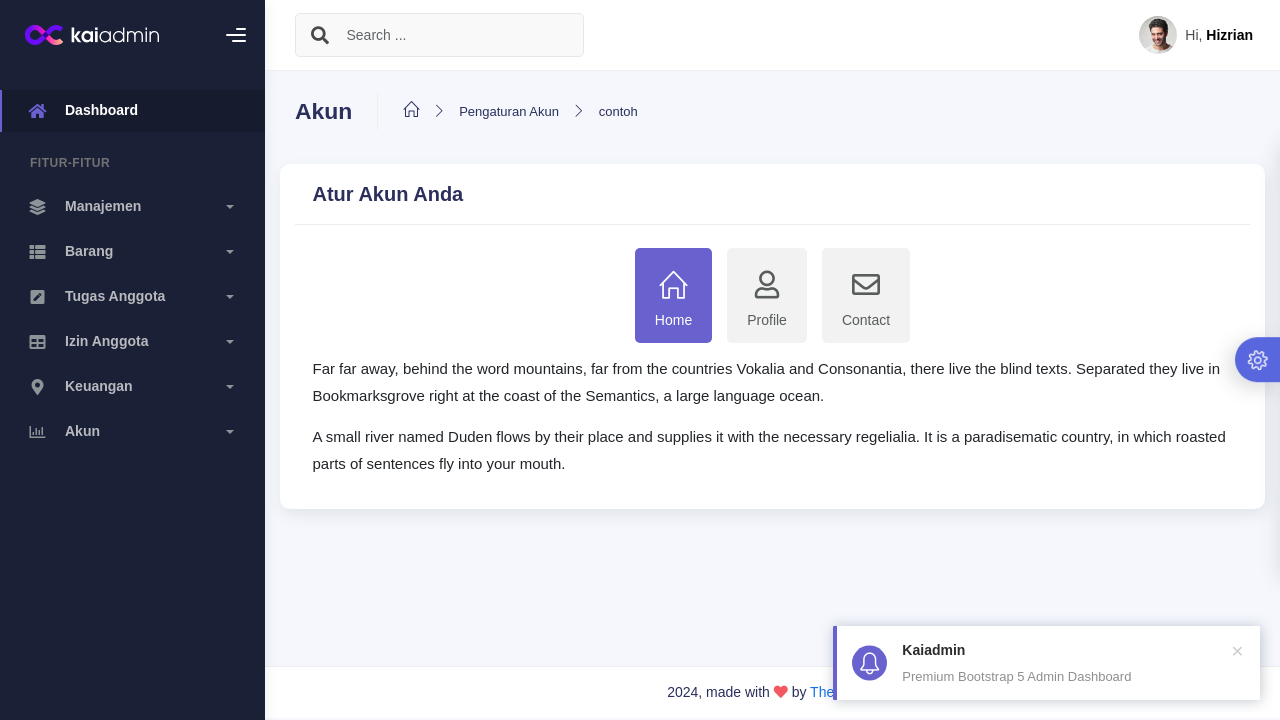
Repository: fatkquladhim/multimedia_laravel
Page: http://localhost/akun
These files come from the project's save history. The page is drawn as it stood at one moment and after the next save; the edit follows.
The browser window is 1280 px wide. The pictures show the whole page.
Some web fonts or font styles are not loaded; a fallback is used. The page is served by the project's Laravel application, run on PHP 8.4 with Laravel 12.

Above is the page before, as saved 2025-08-16 23:03:02.
Console error: ReferenceError: jsVectorMap is not defined

After the next save:
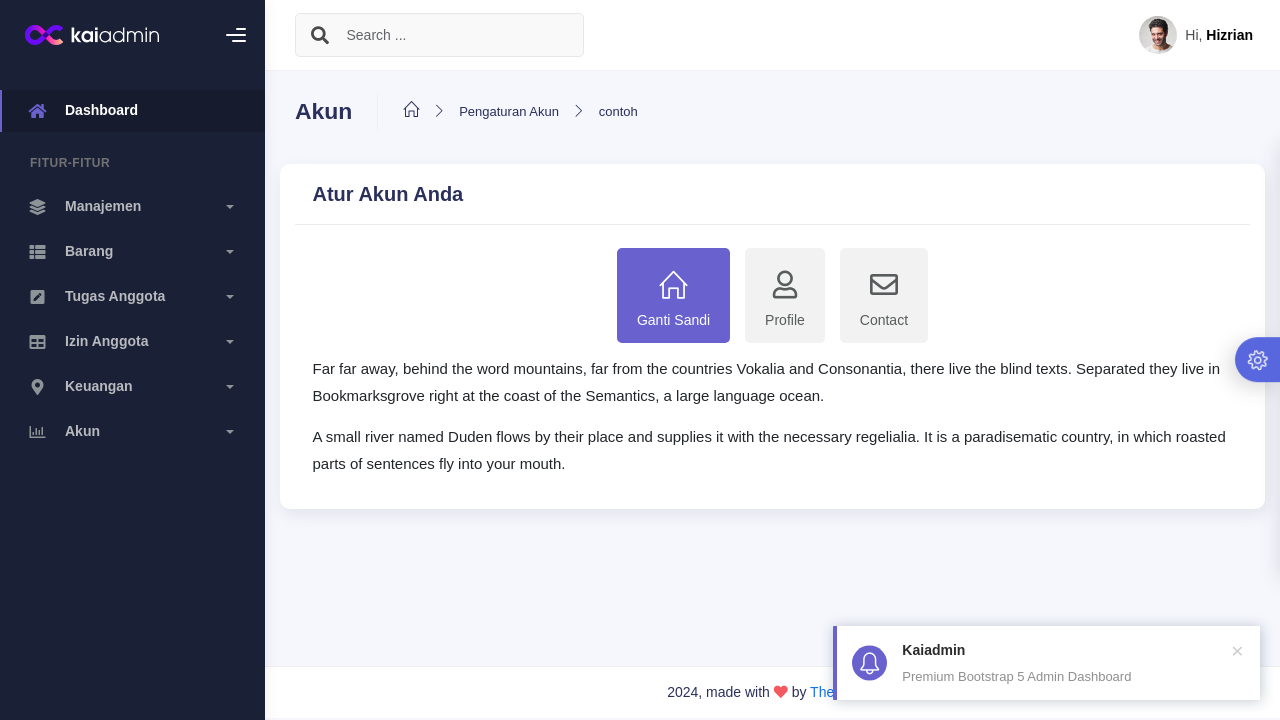
Saved 41 s later.
--- a/resources/views/akun/tampil.blade.php
+++ b/resources/views/akun/tampil.blade.php
@@ -33,7 +33,7 @@
                   <li class="nav-item">
                     <a class="nav-link active" id="pills-home-tab-icon" data-bs-toggle="pill" href="#pills-home-icon" role="tab" aria-controls="pills-home-icon" aria-selected="true">
                       <i class="icon-home"></i>
-                      Home
+                      Ganti Sandi
                     </a>
                   </li>
                   <li class="nav-item">
